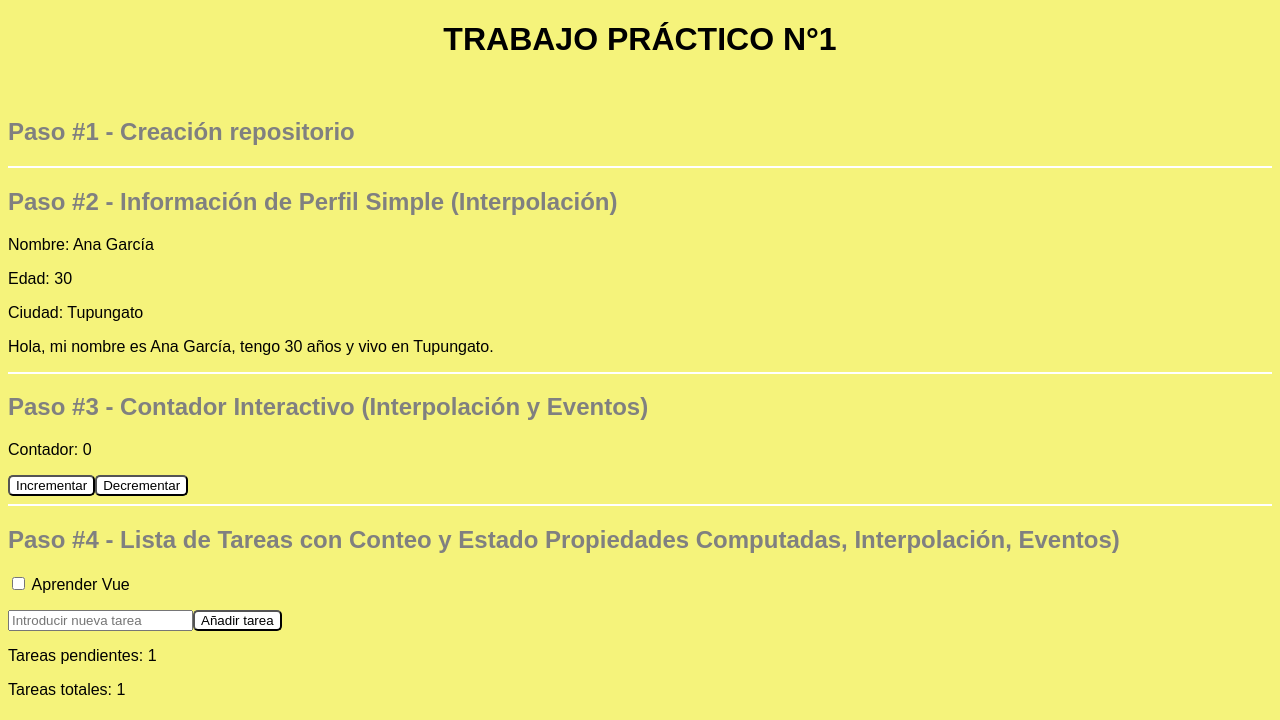
Repository: SofiaSferco/PWA
Page: practico01/index.html
An editor plug-in stored every save of this project. The page is shown before and after the next save, followed by the edit.
The browser window is 1280 px wide. The pictures show the whole page.

Above is the page before, as saved 2025-10-03 14:28:50.

After the next save:
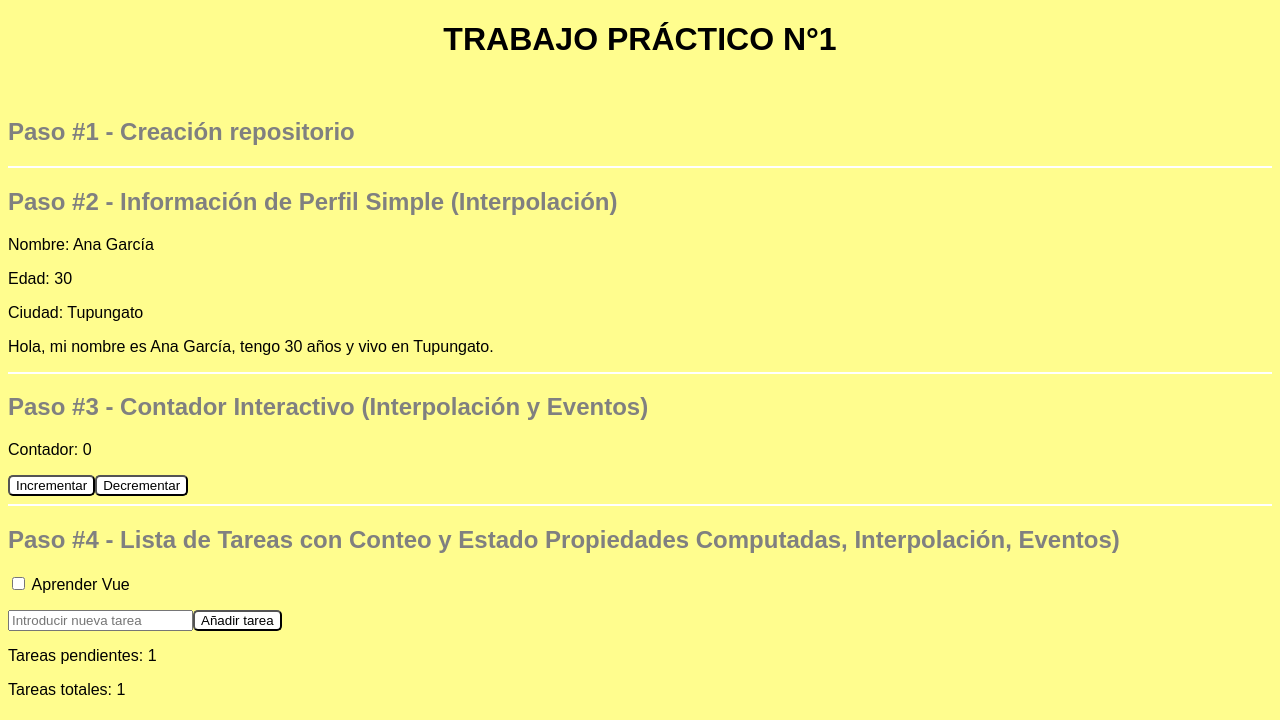
Saved 6 s later.
--- a/practico01/index.html
+++ b/practico01/index.html
@@ -81,7 +81,7 @@
     body {
         font-family: Arial, Helvetica, sans-serif;
         color: rgb(0, 0, 0);
-        background-color: rgb(245, 243, 123);
+        background-color: rgb(255, 253, 142);
     }
     h1{
         text-align: center;
